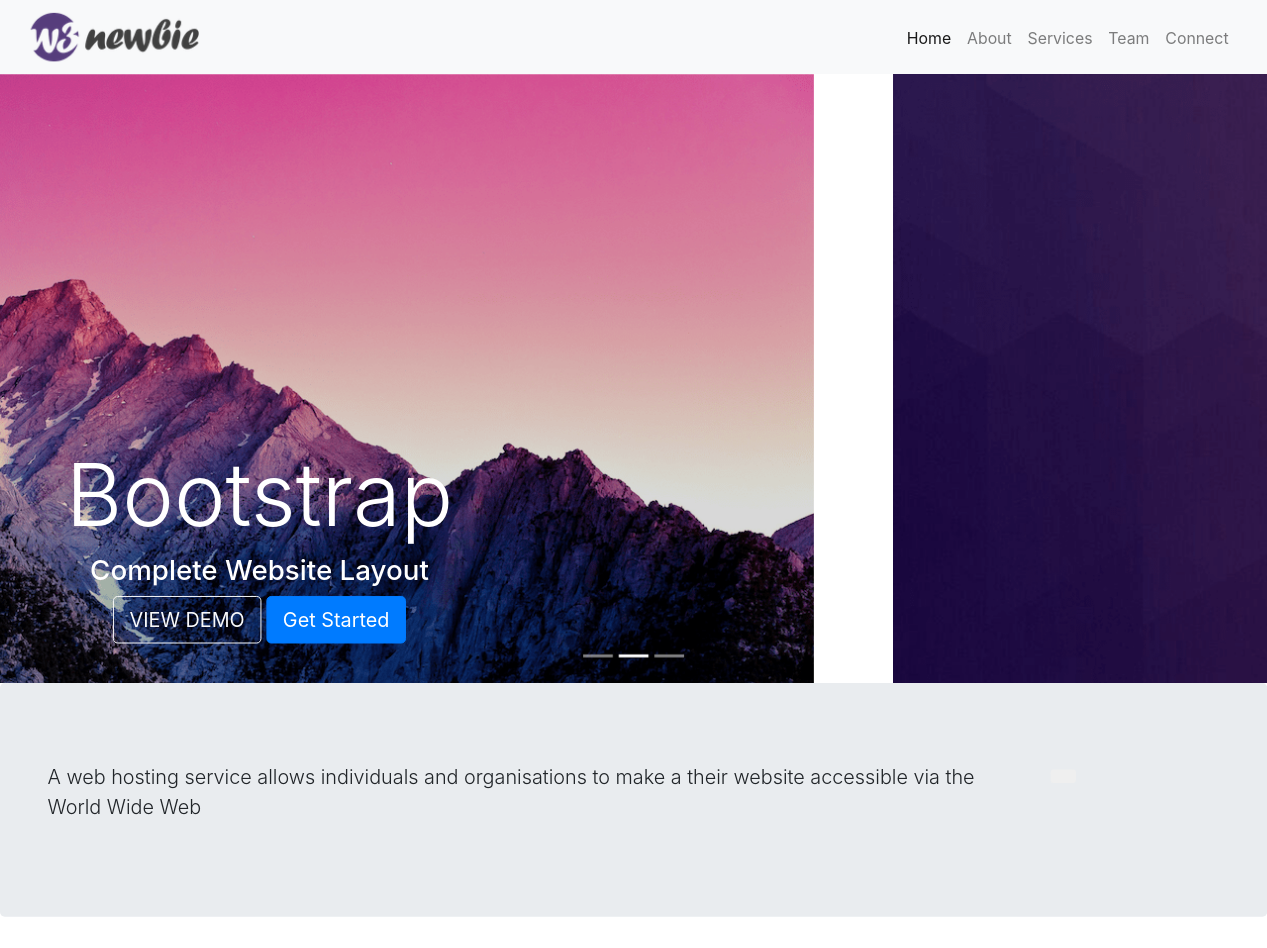
Repository: rkyankya/Bootstrap-1
Page: index.html
The author's editor kept a copy of each file at every save. The page is drawn from the files as they stood at one save, then again after the next save.
The browser window is 1280 px wide. The pictures show the whole page, at 99% of full size.
Some web libraries are served in a nearby version.

Above is the page before, as saved 2019-12-15 16:47:33.

### index.html
<!DOCTYPE html>
<html lang="en">

<head>
    <meta charset="utf-8">
    <meta name="viewport" content="width=device-width, initial-scale=1">
    <title>Complete Bootstrap 4 Website Layout</title>
    <link rel="stylesheet" href="https://maxcdn.bootstrapcdn.com/bootstrap/4.0.0/css/bootstrap.min.css">
    <script src="https://ajax.googleapis.com/ajax/libs/jquery/3.3.1/jquery.min.js"></script>
    <script src="https://cdnjs.cloudflare.com/ajax/libs/popper.js/1.12.9/umd/popper.min.js"></script>
    <script src="https://maxcdn.bootstrapcdn.com/bootstrap/4.0.0/js/bootstrap.min.js"></script>
    <script src="https://use.fontawesome.com/releases/v5.0.8/js/all.js"></script>
    <link href="style.css" rel="stylesheet">
</head>

<body>

    <!-- Navigation -->
    <nav class="navbar navbar-expand-md navbar-light bg-light sticky-top">
        <div class="container-fluid">
            <a class="navbar-brand" href="#"><img src="img/logo.png" alt="#"></a>
            <button class="navbar-toggler" type="button" data-toggler="collapse" data-target="#navbarResponsive">
              <span class="navbar-toggler-icon"></span>
            </button>
            <div class="collapse navbar-collapse" id="navbarResponsive">
                <ul class="navbar-nav ml-auto">
                    <li class="nav-item active">
                        <a class="nav-link" href="#">Home</a>
                    </li>
                    <li class="nav-item">
                        <a class="nav-link" href="#">About</a>
                    </li>
                    <li class="nav-item">
                        <a class="nav-link" href="#">Services</a>
                    </li>
                    <li class="nav-item">
                        <a class="nav-link" href="#">Team</a>
                    </li>
                    <li class="nav-item">
                        <a class="nav-link" href="#">Connect</a>
                    </li>
                </ul>
            </div>
        </div>
    </nav>

    <!--- Image Slider -->
    <div id="slides" class="carousel slide" data-ride="carousel">
        <ul class="carousel-indicators">
            <li data-target="#slides" data-slide-to="0" class="active"></li>
            <li data-target="#slides" data-slide-to="1"></li>
            <li data-target="#slides" data-slide-to="2"></li>
        </ul>
        <div class="carousel-inner">
            <div class="carousel-item active">
                <img src="img/background.png" alt="#">
                <div class="carousel-caption">
                    <h1 class="display-2">Bootstrap</h1>
                    <h3>Complete Website Layout</h3>
                    <button type="button" class="btn btn-outline-light btn-lg">VIEW DEMO</button>
                    <button type="button" class="btn btn-primary btn-lg">Get Started</button>
                </div>
            </div>
            <div class="carousel-item">
                <img src="img/background2.png" alt="#">
            </div>
            <div class="carousel-item">
                <img src="img/background3.png" alt="#">
            </div>
        </div>
    </div>

    <!--- Jumbotron -->
    <div class="container-fluid">
        <div class="row jumbotron">
            <div class="col-xs-12 col-sm-12 col-md-9 col-lg-9 col-xl-10">
                <!--Bootstrap has 12 coloms the 12 describes the coloms to take-->
                <p class="lead">A web hosting service allows individuals and organisations to make a their website accessible via the World Wide Web</p>
            </div>
            <div class="col-xs-12 col-sm-12 col-md-3 col-lg-3 col-xl-2">
                <a href="#">
                    <button type="button" class="btn btn-outline" </a>
            </div>
        </div>
    </div>


    <!--- Welcome Section -->


    <!--- Three Column Section -->


    <!--- Two Column Section -->


    <!--- Fixed background -->


    <!--- Emoji Section -->


    <!--- Meet the team -->


    <!--- Cards -->


    <!--- Two Column Section -->


    <!--- Connect -->


    <!--- Footer -->




</body>

</html>

### style.css
@import url('https://fonts.googleapis.com/css?family=Poppins:400,500,700');











/*---Media Queries --*/
@media (max-width: 992px) {

  }
@media (max-width: 768px) {

}
@media (max-width: 576px) {

}


/*---Firefox Bug Fix --*/
.carousel-item {
  transition: -webkit-transform 0.5s ease;
  transition: transform 0.5s ease;
  transition: transform 0.5s ease, -webkit-transform 0.5s ease;
  -webkit-backface-visibility: visible;
  backface-visibility: visible;
}
/*--- Fixed Background Image --*/
figure {
  position: relative;
  width: 100%;
  height: 60%;
  margin: 0!important;
}
.fixed-wrap {
  clip: rect(0, auto, auto, 0);
  position: absolute;
  top: 0;
  left: 0;
  width: 100%;
  height: 100%;
}
#fixed {
  background-image: url('img/mac.png');
  position: fixed;
  display: block;
  top: 0;
  left: 0;
  width: 100%;
  height: 100%;
  background-size: cover;
  background-position: center center;
  -webkit-transform: translateZ(0);
          transform: translateZ(0);
  will-change: transform;
}
/*--- Bootstrap Padding Fix --*/
[class*="col-"] {
    padding: 1rem;
}





/*
Extra small (xs) devices (portrait phones, less than 576px)
No media query since this is the default in Bootstrap

Small (sm) devices (landscape phones, 576px and up)
@media (min-width: 576px) { ... }

Medium (md) devices (tablets, 768px and up)
@media (min-width: 768px) { ... }

Large (lg) devices (desktops, 992px and up)
@media (min-width: 992px) { ... }

Extra (xl) large devices (large desktops, 1200px and up)
@media (min-width: 1200px) { ... }
*/

After the next save:
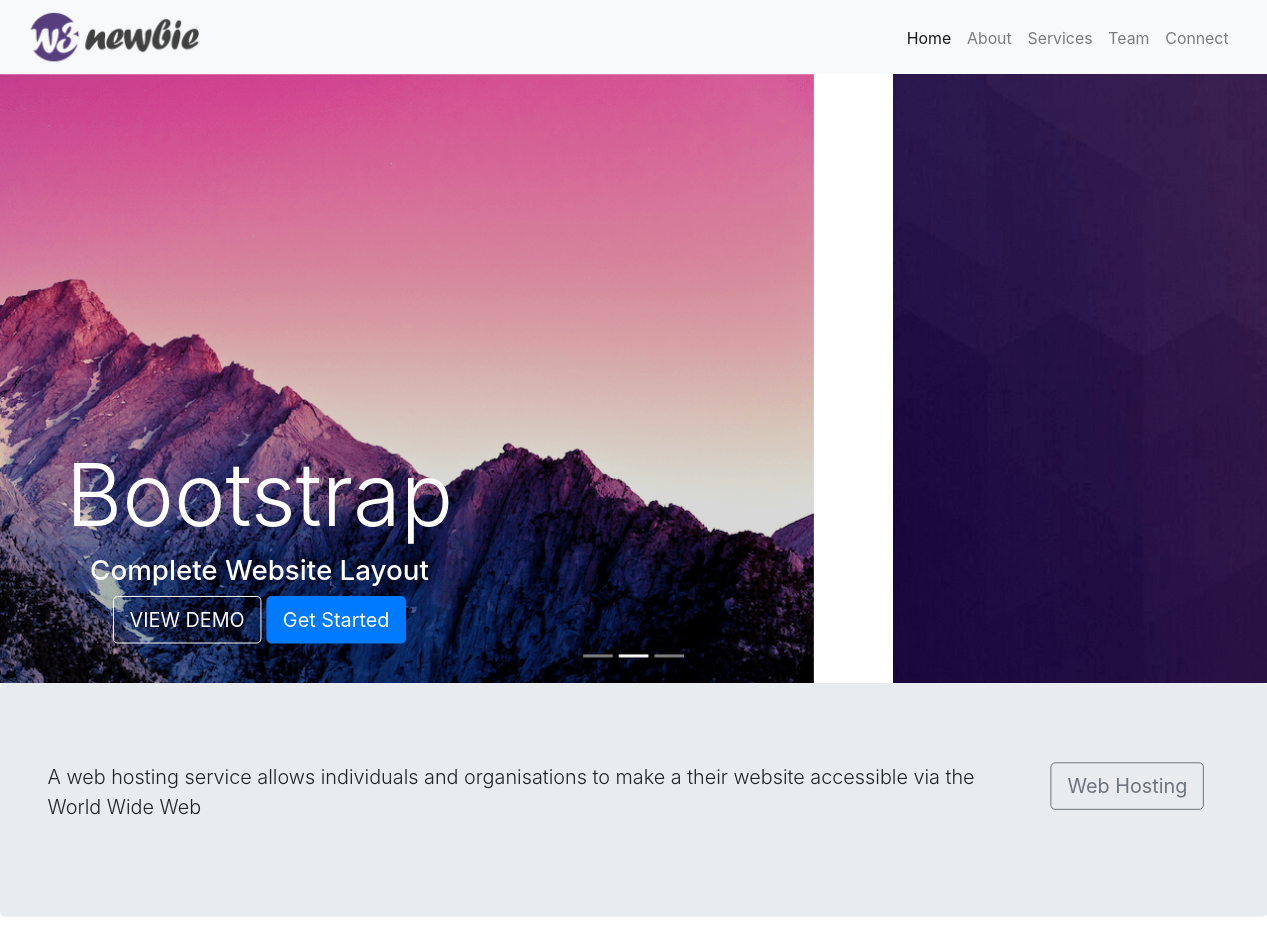
Saved 36 s later.
--- a/index.html
+++ b/index.html
@@ -79,7 +79,7 @@
             </div>
             <div class="col-xs-12 col-sm-12 col-md-3 col-lg-3 col-xl-2">
                 <a href="#">
-                    <button type="button" class="btn btn-outline" </a>
+                    <button type="button" class="btn btn-outline-secondary btn-lg">Web Hosting</button> </a>
             </div>
         </div>
     </div>
